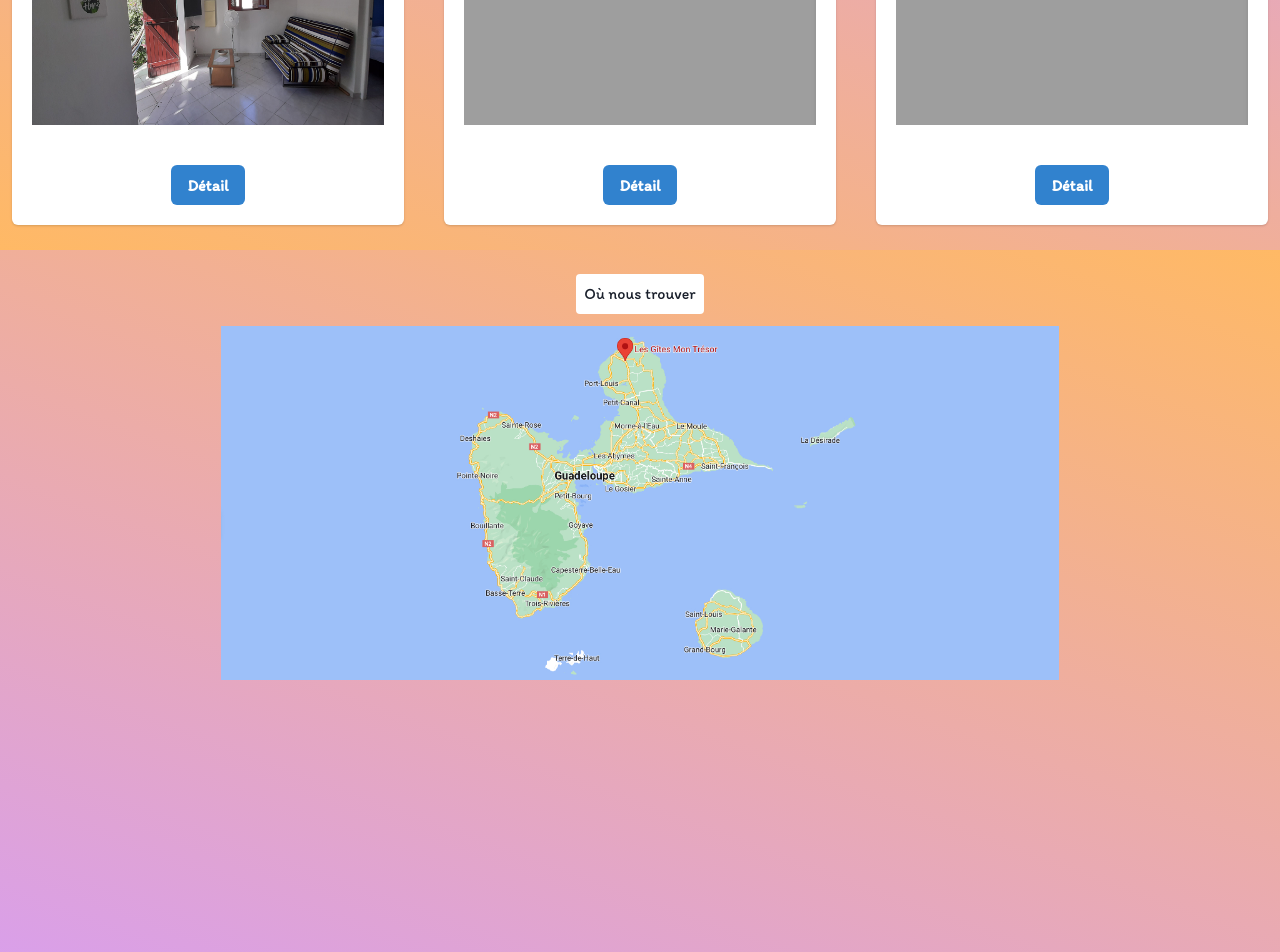
Repository: All-Khwarizmi/gites-v2
Page: /
The author's editor kept a copy of each file at every save. The page is drawn from the files as they stood at one save, then again after the next save.
The browser window is 1280 px wide. The pictures show the part of the page from y = 1190 to 2142 px (the page is 2160 px tall).
Pictures or frames that could not be fetched are drawn as grey boxes. The project was rebuilt for these pictures with package versions that can differ from the ones it lists, and the page was loaded fresh each time. The framework's server and built-in components were replaced by stand-ins that run in the browser. Also part of the build but not shown: next.config.js, next.config.mjs.

Above is the page before, as saved 2023-02-03 19:11:11.

### src/pages/_app.tsx
import { type AppType } from "next/dist/shared/lib/utils";
import { ChakraProvider } from "@chakra-ui/react";
import Layout from "../components/Layout";
import { Itim } from "@next/font/google";
import Navbar from "../components/Navbar";

import "../styles/globals.css";
import Head from "next/head";

const inter = Itim({ weight: "400", subsets: ["latin"] });

const MyApp: AppType = ({ Component, pageProps }) => {
  return (
    <ChakraProvider>
      <Head>
        <title>Gîtes Mon Tresor</title>
        <meta
          name="viewport"
          /* content="width=device-width, initial-scale=1.0, maximum-scale=1.0,user-scalable=0" */
          content="viewport-fit=cover"
        />
        <meta name="title" content="Gîtes Mon Tresor" />

        <meta
          name="description"
          content="Gîtes accueillants et chaleureux en Guadeloupe, Anse Bertrand. Venez en famille ou en amoureux profiter des plaisirs qu'offre l'île. "
        />
        <meta property="og:image" content="/IMG_0318.JPG" key="ogimage" />
      </Head>

      <main className={inter.className}>
        <Component {...pageProps} />
      </main>
    </ChakraProvider>
  );
};

export default MyApp;

### src/pages/index.tsx
import { type NextPage } from "next";
import Head from "next/head";
import Link from "next/link";
import Test from "./Test";
import styles from '../styles/Home.module.scss'

const Home: NextPage = () => {
  return (
    <>
      <Test />
    </>
  );
};

export default Home;

### src/styles/globals.css
@tailwind base;
@tailwind components;
@tailwind utilities;

:root {
  --colorOne: #ffb965;
  --colorTwo: #d99feb;
  --color3: #ffbf5b;
  --color4: #31b7cf;
}
* {
  margin: 0;
  padding: 0;
}
body {
  width: 100vw;
  height: 100vh;
  box-sizing: border-box;
}

.test {
  width: 100%;
}

#myVideo {
  object-fit: cover;

  min-height: 100vh;
  position: relative;
  z-index: -1;
  bottom: 0;
  right: 0;
}

.section {
  background-image: linear-gradient(
    20deg,
    var(--colorOne) 0%,
    var(--colorTwo) 100%
  );
  margin-top: 0;
  position: relative;
}
.section-2 {
  background-image: linear-gradient(
    20deg,
    var(--colorTwo) 0%,
    var(--colorOne) 100%
  );
  margin-top: 0;
  position: relative;
}
.location-div {
  background-image: linear-gradient(
    27deg,
    var(--colorTwo) 0%
    var(--colorOne) 100%,

  );
  position: relative;
}

.card-1 {
  background-color: inherit;
  padding: 3rem;
  width: 100%;
}
.nav {
  position: fixed;
  z-index: 5;


}

### src/pages/Test.tsx
import { AppType } from "next/app";
import {
  Card,
  CardHeader,
  ButtonGroup,
  Button,
  CardBody,
  CardFooter,
  Stack,
  Image,
  Heading,
  Text,
  Divider,
  Flex,
} from "@chakra-ui/react";
import Carousel from "../components/Carousel";
import { Component, useEffect, useRef, useState } from "react";
import Localisation from "../components/Localisation";
import Navbar from "../components/Navbar";

const Test = () => {
  const divPosition: any = useRef(null);


  const slidesPalmier = [
    {
      img: "/Gite Palmier/1.jpg",
    },
    {
      img: "/Gite Palmier/2.jpg",
    },
    {
      img: "/Gite Palmier/3.jpg",
    },
    {
      img: "/Gite Palmier/4.jpg",
    },
    {
      img: "/Gite Palmier/5.jpg",
    },
    {
      img: "/Gite Palmier/6.jpg",
    },
    {
      img: "/Gite Palmier/7.jpg",
    },
    {
      img: "/Gite Palmier/9087556.jpg",
    },
  ];
  const slidesAnanas = [
    {
      img: "/Gite Ananas/1.jpg",
    },
    {
      img: "/Gite Ananas/2.jpg",
    },
    {
      img: "/Gite Ananas/3.jpg",
    },
    {
      img: "/Gite Ananas/4.jpg",
    },
    {
      img: "/Gite Ananas/5.jpg",
    },
    {
      img: "/Gite Ananas/6.jpg",
    },
    {
      img: "/Gite Ananas/20191231_100325.jpg",
    },
    {
      img: "/Gite Ananas/20200325_100606.jpg",
    },
  ];
  const slidesKawan = [
    {
      img: "/Gite Kawan/1.jpg",
    },
    {
      img: "/Gite Kawan/2.jpg",
    },
    {
      img: "/Gite Kawan/3.jpg",
    },
    {
      img: "/Gite Kawan/4.jpg",
    },

    {
      img: "/Gite Kawan/6.jpg",
    },
    {
      img: "/Gite Kawan/7.jpg",
    },
    {
      img: "/Gite Kawan/8.jpg",
    },
    {
      img: "/Gite Kawan/9.jpg",
    },
    {
      img: "/Gite Kawan/10.jpg",
    },
    {
      img: "/Gite Kawan/11.jpg",
    },
    {
      img: "/Gite Kawan/12.jpg",
    },
    {
      img: "/Gite Kawan/13.jpg",
    },
    {
      img: "/Gite Kawan/14.jpg",
    },
    {
      img: "/Gite Kawan/15.jpg",
    },
  ];

  return (
    <>
      <main>
        <Navbar position={divPosition} />
        <div className="test">
          <section className="test">
            <video
              autoPlay
              playsInline
              muted
              loop
              id="myVideo"
              poster="/Gite Kawan/1.jpg"
            >
              <source src={"/Mon film.mp4"} type="video/mp4" />
            </video>
          </section>
          <div className="section h-screen">
            <section ref={divPosition} className="section h-full">
              <div className="card-1 flex-column flex justify-center">
                <Card maxW={"900px"}>
                  <Heading className="flex-column flex justify-center p-2">
                    <p> Bienvenue en Guadeloupe !</p>
                  </Heading>
                  <CardBody>
                    <Text className="welcome-text">
                      Pour des vacances au soleil, sur des plages de sable blanc
                      ou de belles balades dans une verdure luxuriante : les
                      Gîtes Mon Trésor vous assurent un dépaysement total. Loin
                      des grandes structures touristiques, dans un jardin calme
                      et ventilé avec piscine sécurisée, Catherine et Laurent,
                      originaires de Normandie, vous accueillent toute l’année
                      dans leurs gîtes situés sur la commune d'ANSE-BERTRAND, à
                      3 km des plages et de tous commerces. Nous avons l'énorme
                      chance de n'avoir jamais de sargasses sur nos plages les
                      plus proches. Bonne visite !
                    </Text>
                  </CardBody>
                </Card>
              </div>

              <div className="grid  grid-flow-row justify-center gap-4 md:grid-flow-col ">
                <Card maxW="lg" m={3}>
                  <Stack mt="6" spacing="3">
                    <Heading textAlign={"center"} size="md">
                      Gîte Palmier
                    </Heading>
                  </Stack>
                  <CardBody>
                    <Carousel slides={slidesPalmier} />
                  </CardBody>
                  <Flex align="center" justify="center">
                    <CardFooter>
                      <Button variant="solid" colorScheme="blue">
                        Détail
                      </Button>
                    </CardFooter>
                  </Flex>
                </Card>
                <Card maxW="lg" m={3}>
                  <Stack mt="6" spacing="3">
                    <Heading textAlign={"center"} size="md">
                      Gîte Ananas
                    </Heading>
                  </Stack>
                  <CardBody>
                    <Carousel slides={slidesAnanas} />
                  </CardBody>
                  <Flex align="center" justify="center">
                    <CardFooter>
                      <Button variant="solid" colorScheme="blue">
                        Détail
                      </Button>
                    </CardFooter>
                  </Flex>
                </Card>
                <Card maxW="lg" m={3}>
                  <Stack mt="6" spacing="3">
                    <Heading textAlign={"center"} size="md">
                      Gîte Kawan
                    </Heading>
                  </Stack>
                  <CardBody>
                    <Carousel slides={slidesKawan} />
                  </CardBody>
                  <Flex align="center" justify="center">
                    <CardFooter>
                      <Button variant="solid" colorScheme="blue">
                        Détail
                      </Button>
                    </CardFooter>
                  </Flex>
                </Card>
              </div>


            </section>
          </div>
          <div className="h-screen section-2">
            <Localisation />
          </div>
        </div>
      </main>
    </>
  );
};

export default Test;

### src/components/Carousel.tsx
import React from 'react'
import { useEffect, useState } from 'react';
import { Flex, Box, Text, Image } from '@chakra-ui/react';

const Carousel = ({slides}: any) => {

  const slides1 = [
    {
      img: "/Gîte Palmier/1.jpg",
    },
    {
      img: "/Gîte Palmier/2.jpg",
    },
    {
      img: "/Gîte Palmier/3.jpg",
    },
    {
      img: "/Gîte Palmier/4.jpg",
    },
    {
      img: "/Gîte Palmier/5.jpg",
    },
    {
      img: "/Gîte Palmier/6.jpg",
    },
    {
      img: "/Gîte Palmier/7.jpg",
    },
    {
      img: "/Gîte Palmier/9087556.jpg",
    },

  ];
  const [currentSlide, setCurrentSlide] = useState(0);
  const slidesCount = slides.length;
  const carouselStyle = {
    transition: "all .5s",
    ml: `-${currentSlide * 100}%`,
  };
  const SLIDES_INTERVAL_TIME = 3000;
  const ANIMATION_DIRECTION = "right";
  useEffect(() => {
    const prevSlide = () => {
      setCurrentSlide((s) => (s === 0 ? slidesCount - 1 : s - 1));
    };

    const nextSlide = () => {
      setCurrentSlide((s) => (s === slidesCount - 1 ? 0 : s + 1));
 };

    const automatedSlide = setInterval(() => {
      ANIMATION_DIRECTION.toLowerCase() === "left" ? prevSlide() : nextSlide();
    }, SLIDES_INTERVAL_TIME);
    return () => clearInterval(automatedSlide);
  }, [slidesCount]);
  return (
    <Flex
      w="full"
      bg="#edf3f8"
      _dark={{
        bg: "#3e3e3e",
      }}

      alignItems="center"
      justifyContent="center"
    >
      <Flex w="full" overflow="hidden">
        <Flex pos="relative" h="200px" w="full" {...carouselStyle}>
          {slides.map((slide: any, sid: any) => (
            <Box key={`slide-${sid}`} flex="none" boxSize="full" shadow="md">
              <Text
                color="white"
                fontSize="xs"
                p="8px 12px"
                pos="absolute"
                top="0"
                whiteSpace="nowrap"
              >
                {sid + 1} / {slidesCount}
              </Text>
              <Image
                src={slide.img}
                alt="carousel image"
                boxSize="full"
                backgroundSize="cover"
              />
            </Box>
          ))}
        </Flex>
      </Flex>
    </Flex>
  );
};



export default Carousel

### src/components/Localisation.tsx
import React from "react";
import Link from "next/link";

const Localisation = () => {
  const coordinates: string =
    "Les+Gîtes+Mon+Trésor/@16.4645544,-61.4825254,17z";
  const baseUrl: string =
    "https://www.google.com/maps/search/?api=1&query=Les+Gîtes+Mon+Trésor+Anse+Bertrand/";
  return (
    <>
      <div className="location align-center flex items-center justify-center p-3"></div>
      <div className="section-location flex  justify-center">
        <p className="text-extra-bold w-30 rounded bg-white p-2">
          Où nous trouver
        </p>
      </div>

      <div className="location p-3">
        <a
          className="align-center flex items-center justify-center"
          target="_blank"
          href={baseUrl}
        >
          <img
            className="w-2/3"
            src="./IMG_0537.JPG"
            alt="carte de la Guadeloupe"
          />
        </a>
      </div>
    </>
  );
};

export default Localisation;

### src/components/Navbar.tsx
import { useEffect, useState, useRef } from "react";

function NavLink({ to, children }: any) {
  return (
    <a href={to} className={`mx-4`}>
      {children}
    </a>
  );
}

function MobileNav({ open, setOpen }: any) {
  return (
    <div
      className={`absolute top-0 left-0 h-screen w-screen transform bg-white ${
        open ? "-translate-x-0" : "-translate-x-full"
      } drop-shadow-md filter transition-transform duration-300 ease-in-out `}
    >
      <div className="flex h-20 items-center justify-center bg-white drop-shadow-md filter">
        {" "}
        {/*logo container*/}
        <a className="text-2xl font-semibold" href="/">
          <img
            className="w-24 hover:w-32"
            src="/IMG_0318.JPG"
            alt="Gîtes Mon Tresor Logo"
          />
        </a>
      </div>
      <div className="ml-4 flex flex-col">
        <a
          className="my-4 text-xl font-medium"
          href="#"
          onClick={() =>
            setTimeout(() => {
              setOpen(!open);
            }, 100)
          }
        >
          Accueil
        </a>
        <a
          className="my-4 text-xl font-normal"
          href="#"
          onClick={() =>
            setTimeout(() => {
              setOpen(!open);
            }, 100)
          }
        >
          Gîtes
        </a>
        <a
          className="my-4 text-xl font-normal"
          href="#"
          onClick={() =>
            setTimeout(() => {
              setOpen(!open);
            }, 100)
          }
        >
          Localisation
        </a>
        <a
          className="my-4 text-xl font-normal"
          href="#"
          onClick={() =>
            setTimeout(() => {
              setOpen(!open);
            }, 100)
          }
        >
          Tarifs
        </a>
        <a
          className="my-4 text-xl font-normal"
          href="#"
          onClick={() =>
            setTimeout(() => {
              setOpen(!open);
            }, 100)
          }
        >
          Contact
        </a>
        <a
          className="my-4 text-xl font-normal"
          href="#"
          onClick={() =>
            setTimeout(() => {
              setOpen(!open);
            }, 100)
          }
        >
          Partenariats
        </a>
      </div>
    </div>
  );
}

export default function Navbar({ position }: any) {
  const [open, setOpen] = useState(false);
  const [color, setColor] = useState(" ");
  const [colorFont, setColorFont] = useState(" ");
  const [offset, setOffset] = useState(0);


  useEffect(() => {
    const onScroll = () => setOffset(window.pageYOffset);
    // clean up code
    window.removeEventListener("scroll", onScroll);
    window.addEventListener("scroll", onScroll, { passive: true });
    if (position?.current?.getBoundingClientRect().top < 80) {
      setColor("bg-white");
      setColorFont("text-black");
    } else {
      setColor(" ");
      setColorFont("text-white");
    }
    return () => window.removeEventListener("scroll", onScroll);
  }, [offset]);

  const style = { backgroundColor: color, color: colorFont };
  return (
    <nav
      className={`nav flex h-20 w-full items-center gap-4 ${style.backgroundColor}  px-4 py-4 drop-shadow-md filter`}
    >
      <MobileNav open={open} setOpen={setOpen} />
      <div className="flex w-3/12 items-center">
        <a className="text-2xl font-semibold" href="/">
          <img
            className="w-24 hover:w-32"
            src="/IMG_0318.JPG"
            alt="Gîtes Mon Tresor Logo"
          />
        </a>
      </div>
      <div className="flex w-9/12 items-center justify-end">
        <div
          className="relative z-50 flex h-8 w-8 flex-col items-center justify-between md:hidden"
          onClick={() => {
            setOpen(!open);
          }}
        >
          {/* hamburger button */}
          <span
            className={`h-1 w-full transform rounded-lg bg-black transition duration-300 ease-in-out ${
              open ? "translate-y-3.5 rotate-45" : ""
            }`}
          />
          <span
            className={`h-1 w-full rounded-lg bg-black transition-all duration-300 ease-in-out ${
              open ? "w-0" : "w-full"
            }`}
          />
          <span
            className={`h-1 w-full transform rounded-lg bg-black transition duration-300 ease-in-out ${
              open ? "-translate-y-3.5 -rotate-45" : ""
            }`}
          />
        </div>

        <div className="hidden md:flex">
          <ul className="flex justify-items-center gap-x-3">
            <li className="mr-6">
              <a
                className={` flex-initial text-2xl ${style.color} text-justify   hover:underline`}
                href="#"
              >
                Accueil
              </a>
            </li>
            <li className="mr-6">
              <a
                className={` flex-initial text-2xl ${style.color} text-justify   hover:underline`}
                href="#"
              >
                Gîtes
              </a>
            </li>
            <li className="mr-6">
              <a
                className={` flex-initial text-2xl ${style.color} text-justify   hover:underline`}
                href="#"
              >
                Localisation
              </a>
            </li>
            <li className="mr-6">
              <a
                className={` flex-initial text-2xl ${style.color} text-justify   hover:underline`}
                href="#"
              >
                Tarifs
              </a>
            </li>
            <li className="mr-6">
              <a
                className={` flex-initial text-2xl ${style.color} text-justify   hover:underline`}
                href="#"
              >
                Contact
              </a>
            </li>
            <li className="mr-6">
              <a
                className={` flex-initial text-2xl ${style.color} text-justify   hover:underline`}
                href="#"
              >
                Partenariats
              </a>
            </li>
          </ul>
        </div>
      </div>
    </nav>
  );
}

Loaded but not shown: tailwind.config.cjs (common file)

After the next save:
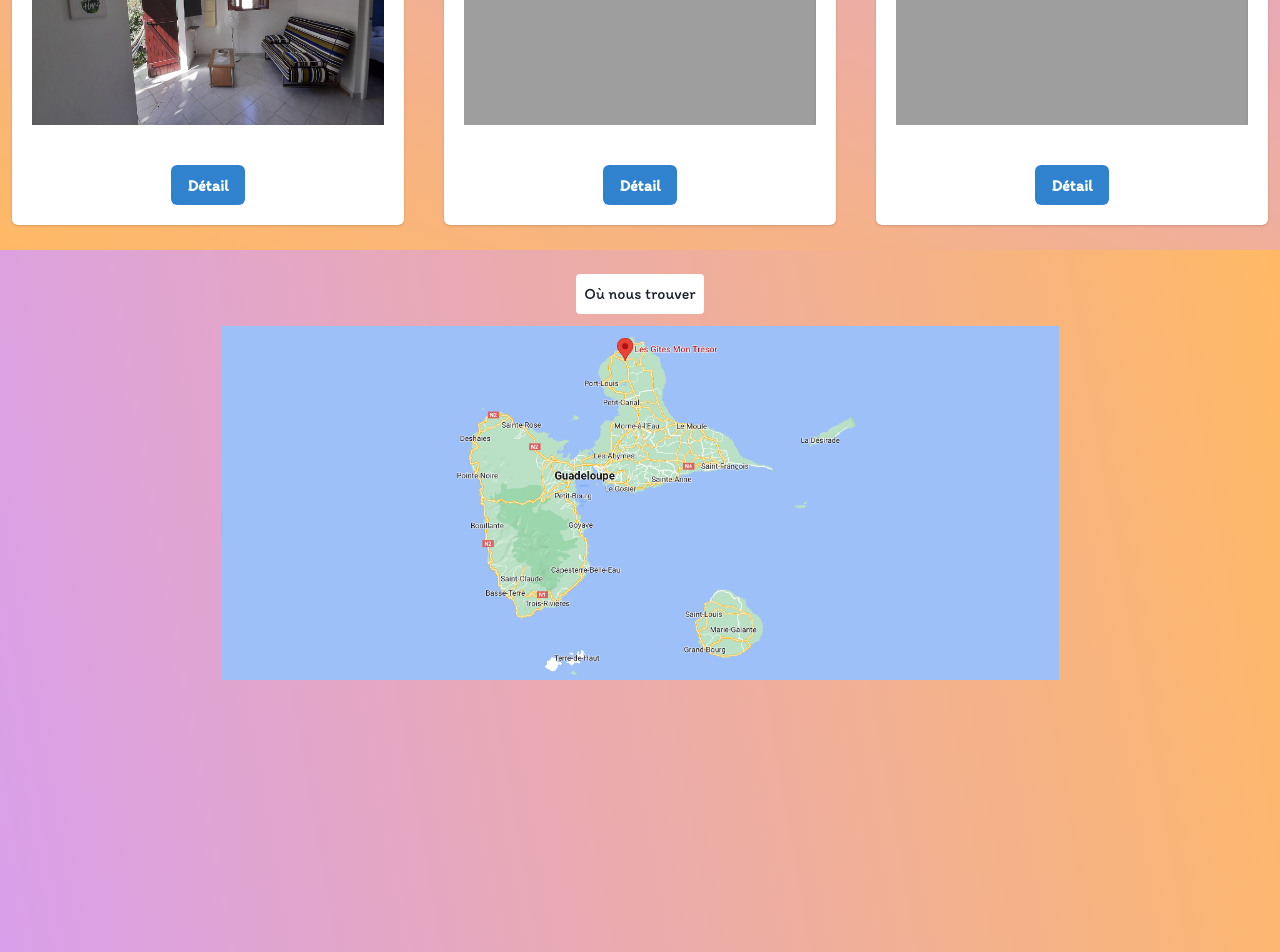
Saved 21 s later.
--- a/src/styles/globals.css
+++ b/src/styles/globals.css
@@ -43,7 +43,7 @@ body {
 }
 .section-2 {
   background-image: linear-gradient(
-    20deg,
+    80deg,
     var(--colorTwo) 0%,
     var(--colorOne) 100%
   );
